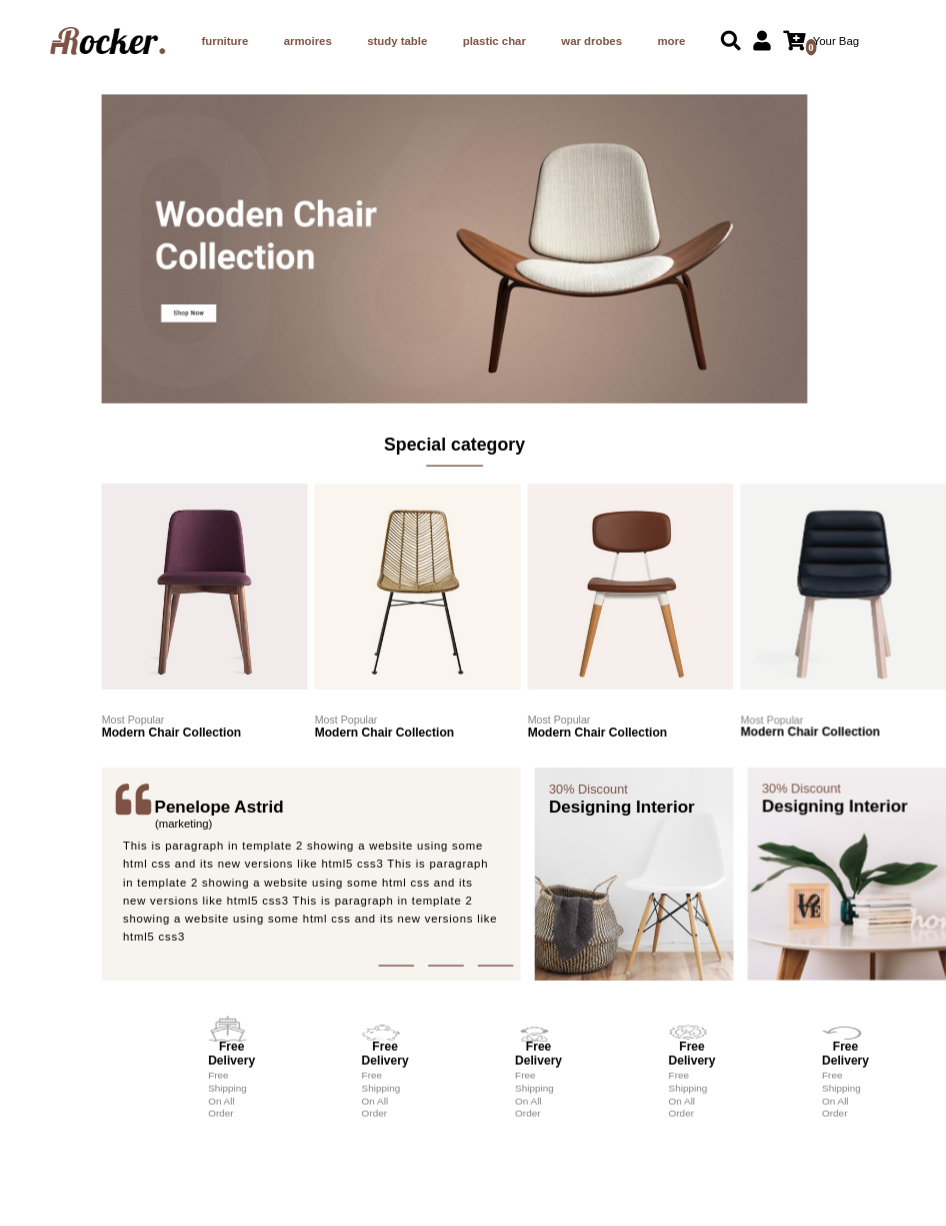
Repository: Ahmed123rezk123/p2-template
Page: index.html
The author's editor kept a copy of each file at every save. The page is drawn from the files as they stood at one save, then again after the next save.
The browser window is 1280 px wide. The page is 1333 px wide, so the pictures cover 1333 px, including what lies to the right of the window. The pictures show the whole page, at 71% of full size.

Above is the page before, as saved 2024-01-24 22:40:54.

After the next save:
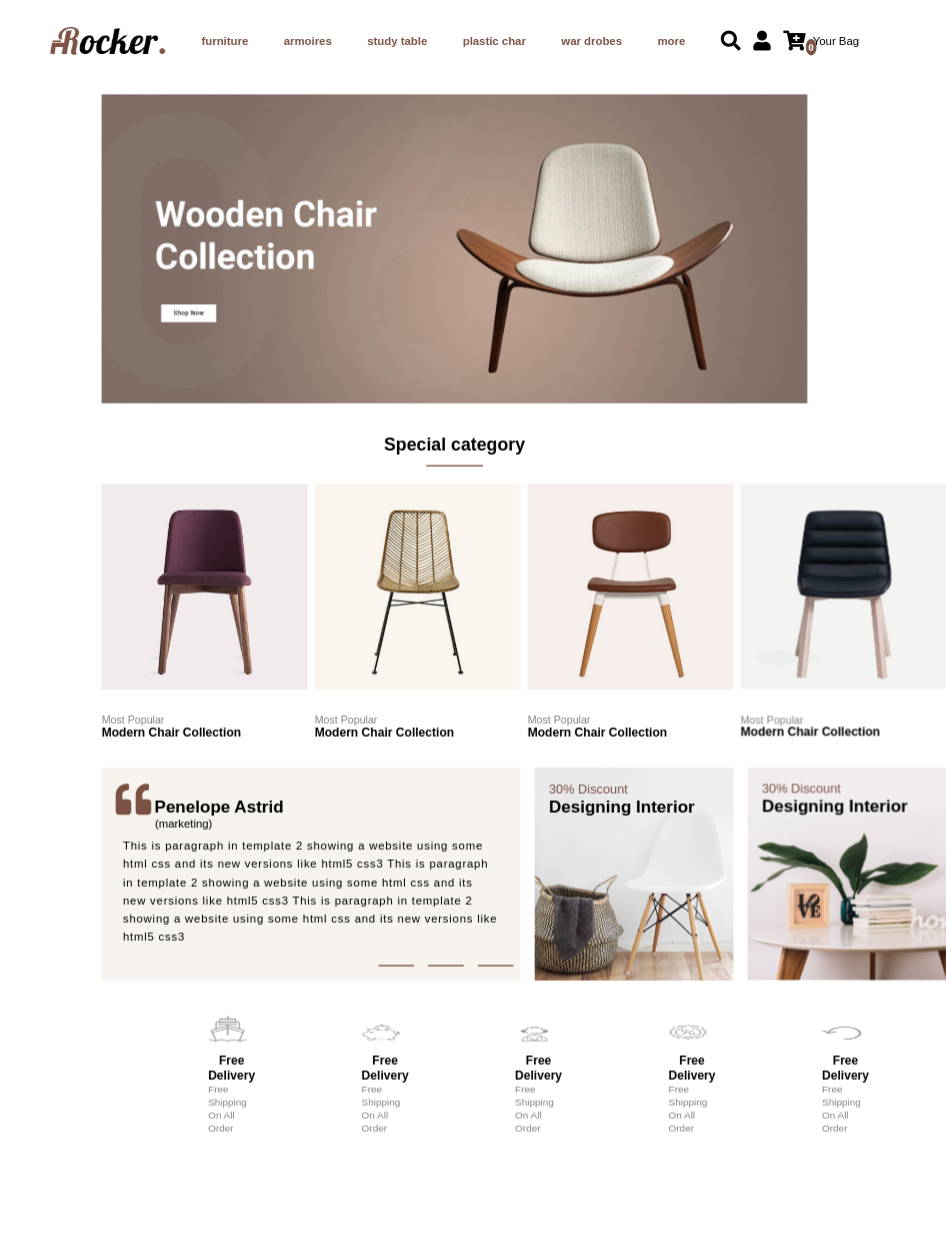
Saved 6 s later.
--- a/css/style.css
+++ b/css/style.css
@@ -359,7 +359,7 @@ left: 260px;
     .section2 .container .parent1 .parent2 .div3-1 .content-div3 ,
     .section2 .container .parent1 .parent2 .div4-1 .content-div4 ,
     .section2 .container .parent1 .parent2 .div5-1 .content-div5   {
-         margin-top: -50px;
+         margin-top: -30px;
 
     }
 
